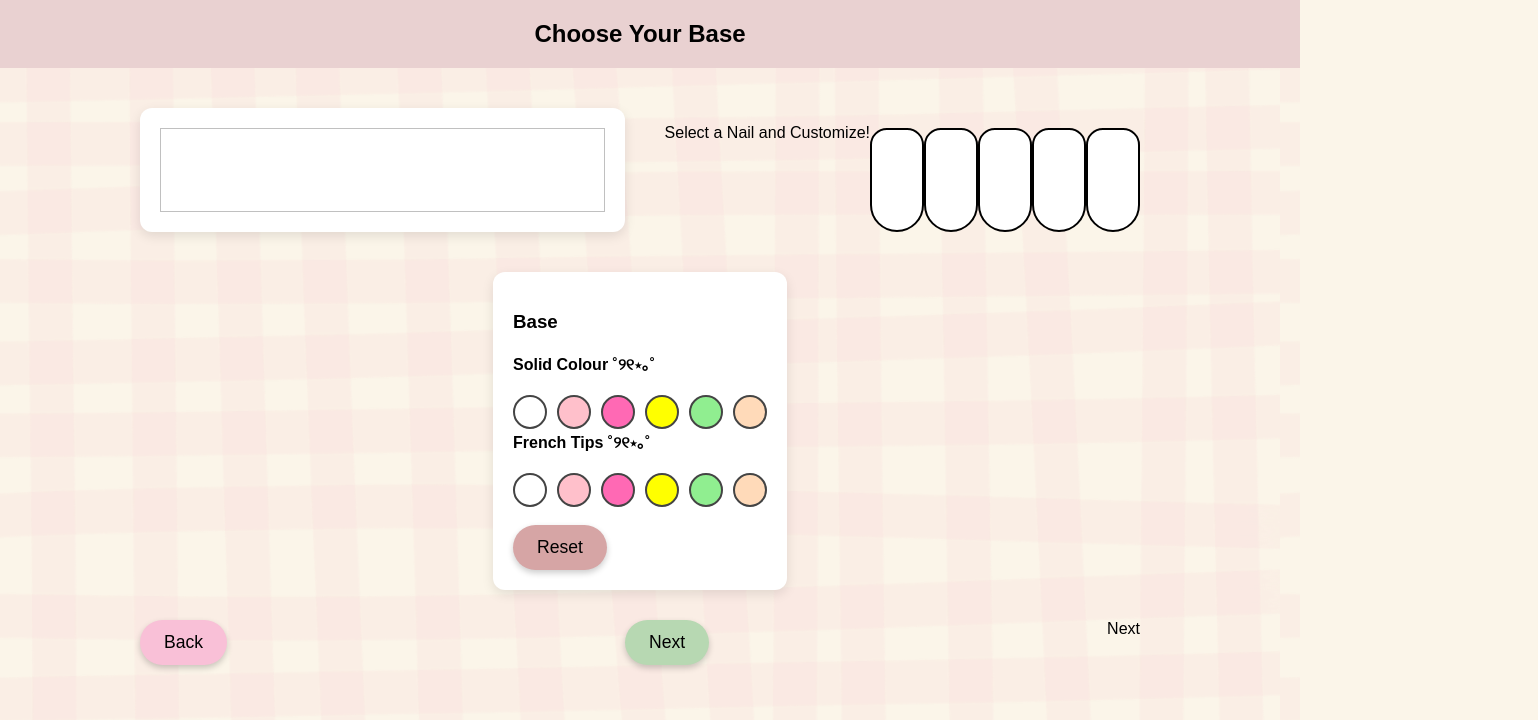
Repository: amolwalia/Fluidity-Lab
Page: basepaint.html
The author's editor kept a copy of each file at every save. The page is drawn from the files as they stood at one save, then again after a run of saves.
The browser window is 1280 px wide. The page is 1300 px wide, then 1538 px, so the pictures cover 1538 px, including what lies to the right of the window. The pictures show the whole page.

Above is the page before, as saved 2025-05-11 19:38:52.

### basepaint.html
<!DOCTYPE html>
<html lang="en">
  <head>
    <meta charset="UTF-8" />
    <meta name="viewport" content="width=device-width, initial-scale=1.0" />
    <title>Choose Your Base</title>
    <link rel="stylesheet" href="./styles/basepaints.css" />
  </head>
  <body>
    <header>Choose Your Base</header>

    <div class="container">
      <img
      <div class="nail-area">
        <p style="text-align: center">Select a Nail and Customize!</p>
        <div class="nails">
          <div class="nail" onclick="selectNail(this)"></div>
          <div class="nail" onclick="selectNail(this)"></div>
          <div class="nail" onclick="selectNail(this)"></div>
          <div class="nail" onclick="selectNail(this)"></div>
          <div class="nail" onclick="selectNail(this)"></div>
        </div>
      </div>

      <div class="palette">
        <h3>Base</h3>
        <strong>Solid Colour ˚୨୧⋆｡˚</strong>
        <div class="colors">
          <div
            class="color"
            style="background: white"
            onclick="setColor('white')"
          ></div>
          <div
            class="color"
            style="background: pink"
            onclick="setColor('pink')"
          ></div>
          <div
            class="color"
            style="background: hotpink"
            onclick="setColor('hotpink')"
          ></div>
          <div
            class="color"
            style="background: yellow"
            onclick="setColor('yellow')"
          ></div>
          <div
            class="color"
            style="background: lightgreen"
            onclick="setColor('lightgreen')"
          ></div>
          <div
            class="color"
            style="background: peachpuff"
            onclick="setColor('peachpuff')"
          ></div>
        </div>
        <strong>French Tips ˚୨୧⋆｡˚</strong>
        <div class="colors">
          <div
            class="color"
            style="background: white"
            onclick="setColor('white')"
          ></div>
          <div
            class="color"
            style="background: pink"
            onclick="setColor('pink')"
          ></div>
          <div
            class="color"
            style="background: hotpink"
            onclick="setColor('hotpink')"
          ></div>
          <div
            class="color"
            style="background: yellow"
            onclick="setColor('yellow')"
          ></div>
          <div
            class="color"
            style="background: lightgreen"
            onclick="setColor('lightgreen')"
          ></div>
          <div
            class="color"
            style="background: peachpuff"
            onclick="setColor('peachpuff')"
          ></div>
        </div>
        <br />
        <button class="btn btn-brown" onclick="resetColors()">Reset</button>
      </div>
    </div>

    <div class="btn-row">
      <button class="btn btn-pink" onclick="location.href='index.html'">
        Back
      </button>
      <button class="btn btn-green" onclick="saveNailColorsAndGoNext()">Next</button>
        Next
      </button>
    </div>
  </body>
</html>

### styles/basepaints.css
body {
  margin: 0;
  font-family: "Quicksand", sans-serif;
  background: url("../media/pink_plaid.png");
  background-size: cover;
  background-blend-mode: multiply;
  background-color: #fbf5e9;
  display: flex;
  flex-direction: column;
  align-items: center;
}
header {
  width: 100%;
  padding: 20px;
  background-color: #e9d1d1;
  text-align: center;
  font-weight: bold;
  font-size: 1.5rem;
}
.container {
  display: flex;
  justify-content: space-between;
  padding: 40px;
  width: 100%;
  max-width: 1000px;
}
.nail-area,
.palette {
  background: #fff;
  border-radius: 12px;
  padding: 20px;
  box-shadow: 0 4px 12px rgba(0, 0, 0, 0.1);
}
.nail-area {
  flex: 1;
  margin-right: 40px;
}
.palette {
  flex: 1;
}
.nails {
  display: flex;
  justify-content: space-around;
  margin-top: 20px;
}
.nail {
  width: 50px;
  height: 100px;
  border: 2px solid #000;
  border-radius: 25px 25px 40px 40px;
  background: #fff;
  position: relative;
  overflow: hidden;
}
.french-tip-overlay {
  position: absolute;
  top: 0;
  left: 0;
  width: 100%;
  height: 100%;
  pointer-events: none;
  z-index: 50;
  background: none;
}
.french-tip-overlay::before {
  content: "";
  position: absolute;
  top: 0;
  left: 0;
  width: 100%;
  height: 100%;
  background: url("data:[embedded picture, 672 characters]")
    top center / 100% auto no-repeat;
  opacity: 1;
  z-index: 50;
}
.colors {
  display: grid;
  grid-template-columns: repeat(6, 1fr);
  gap: 10px;
  margin-top: 20px;
}
.color {
  width: 30px;
  height: 30px;
  border-radius: 50%;
  cursor: pointer;
  border: 2px solid #444;
}
.btn-row {
  display: flex;
  justify-content: space-between;
  width: 100%;
  max-width: 1000px;
  margin-top: 30px;
}
.btn {
  padding: 12px 24px;
  font-size: 1.1rem;
  background-color: #b7d8b2;
  border: none;
  border-radius: 25px;
  cursor: pointer;
  box-shadow: 0 3px 6px rgba(0, 0, 0, 0.2);
  transition: transform 0.3s ease, box-shadow 0.3s ease;
}
.btn:hover {
  transform: scale(1.05);
  box-shadow: 0 6px 12px rgba(183, 216, 178, 0.6);
}
.btn-pink {
  background-color: #f9c0d7;
}
.btn-green {
  background-color: #b7d8b2;
}
.btn-brown {
  background-color: #d6a5a5;
}

After the next 4 saves:
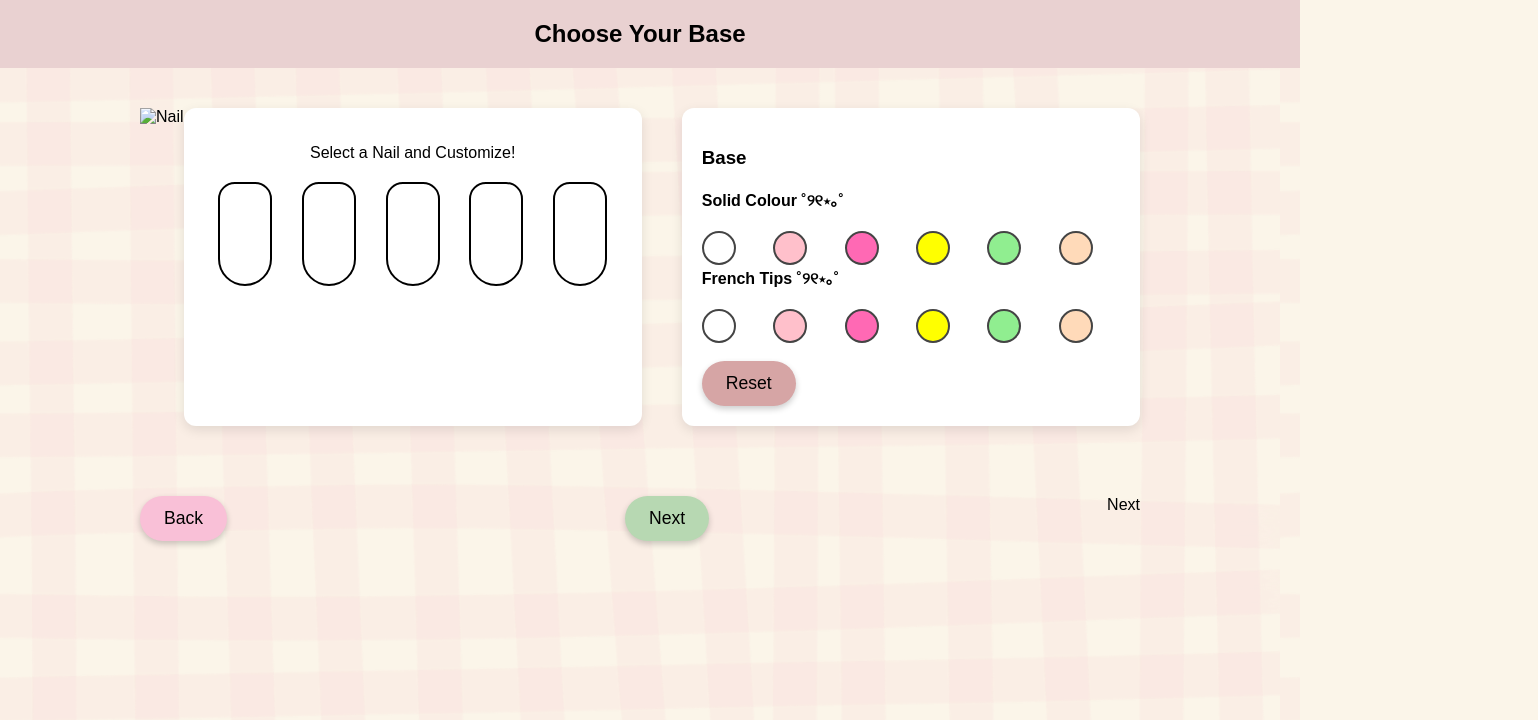
Not found: assets/nail.png
The 4 saves are shown as one change because they came seconds apart.
The last was saved 10 s later.
--- a/basepaint.html
+++ b/basepaint.html
@@ -10,7 +10,7 @@
     <header>Choose Your Base</header>
 
     <div class="container">
-      <img
+      <img src="./assets/nail.png" alt="Nail" class="nail-image" />
       <div class="nail-area">
         <p style="text-align: center">Select a Nail and Customize!</p>
         <div class="nails">

After the 5 saves that followed:
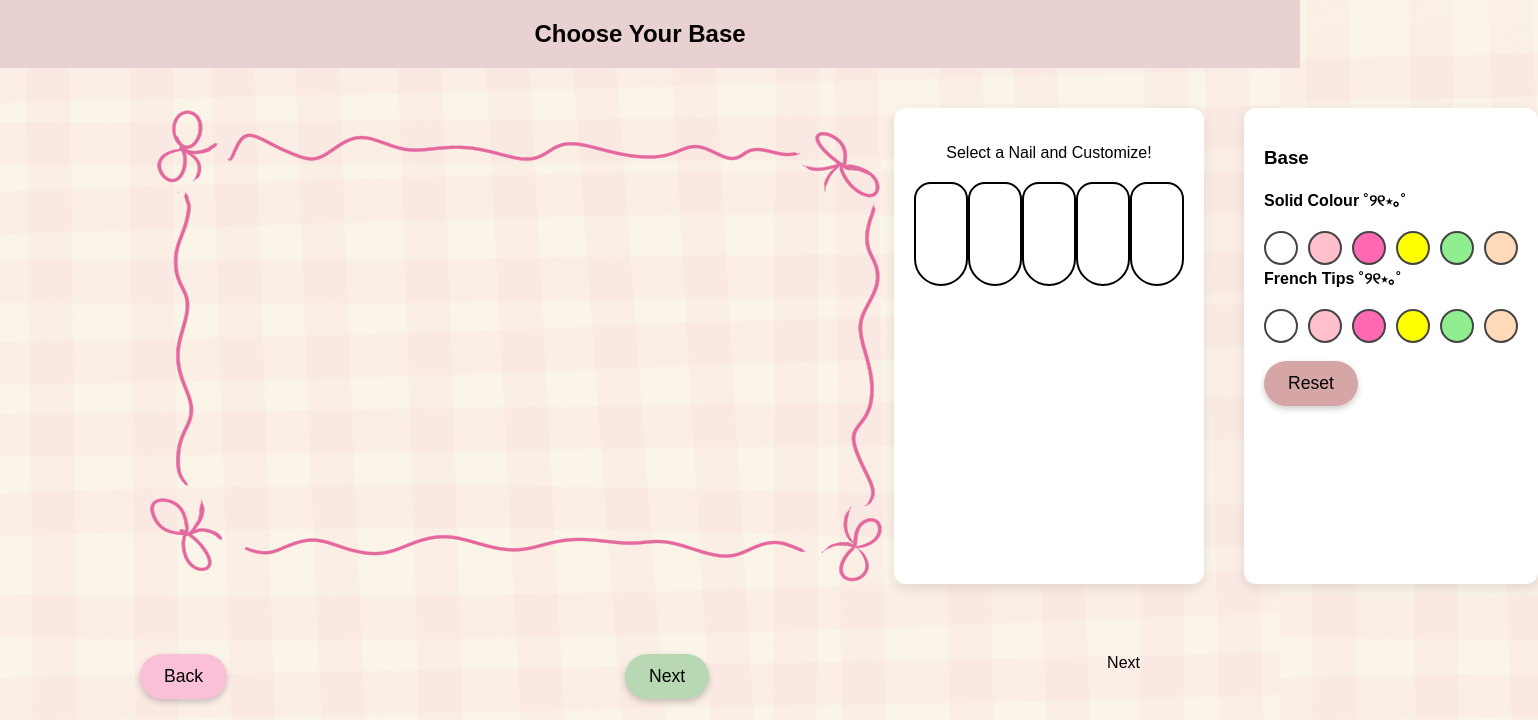
The 5 saves are shown as one change because they came seconds apart.
The last was saved 2 min 9 s later.
--- a/basepaint.html
+++ b/basepaint.html
@@ -10,7 +10,7 @@
     <header>Choose Your Base</header>
 
     <div class="container">
-      <img src="./assets/nail.png" alt="Nail" class="nail-image" />
+      <img src="./media/border.png" alt="border" class="nail-image" />
       <div class="nail-area">
         <p style="text-align: center">Select a Nail and Customize!</p>
         <div class="nails">
